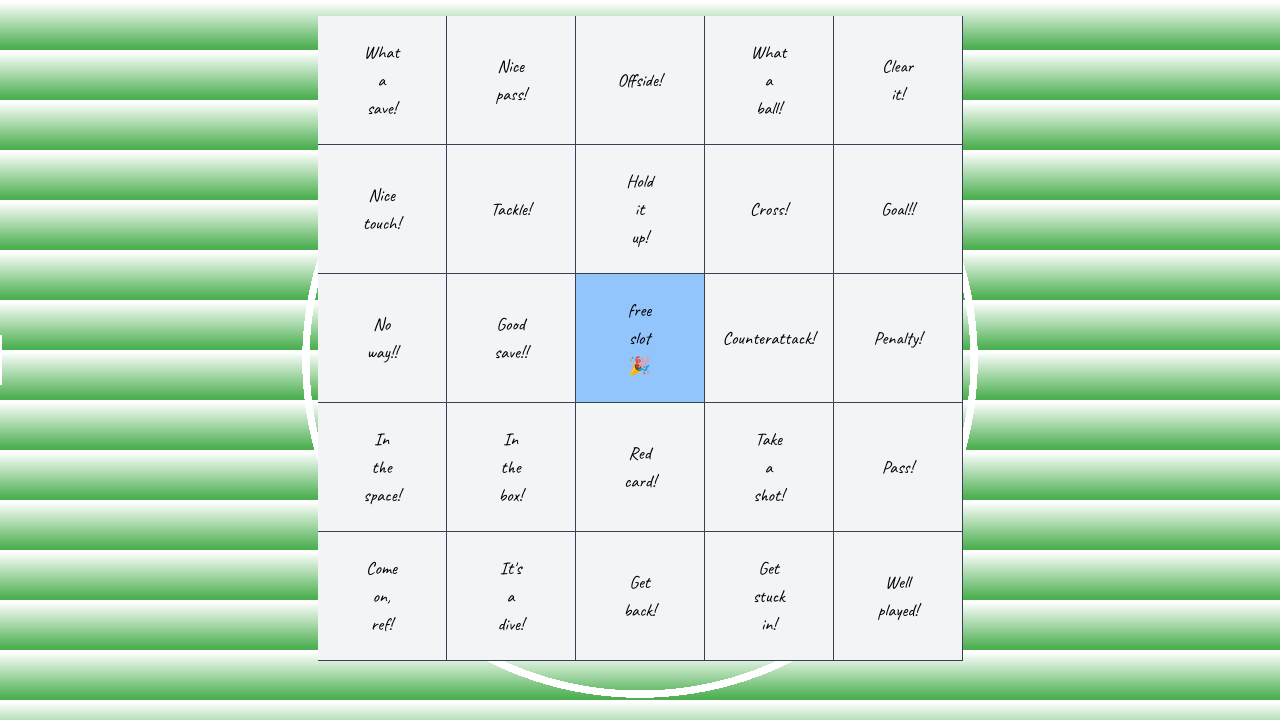
Repository: yassirbn/football-bingo
Page: /
An editor plug-in stored every save of this project. The page is shown before and after the next save, followed by the edit.
The browser window is 1280 px wide. The pictures show the whole page.
The project was rebuilt for these pictures with package versions that can differ from the ones it lists, and the page was loaded fresh each time.

Above is the page before, as saved 2024-11-27 13:17:19.

After the next save:
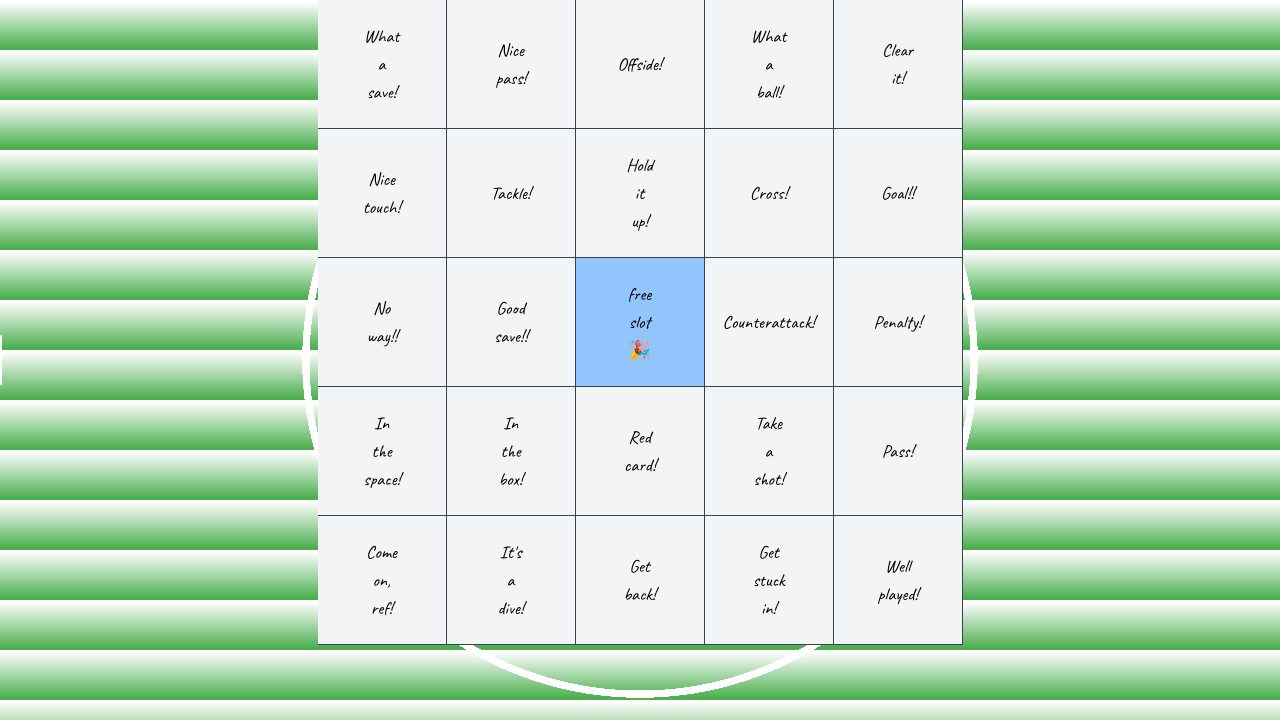
Saved 11 min 38 s later.
--- a/src/component/BingoGrid/BingoGrid.js
+++ b/src/component/BingoGrid/BingoGrid.js
@@ -60,7 +60,7 @@ const BingoGrid = ({ words }) => {
   };
 
   return (
-    <div className="p-4 relative h-screen overflow-hidden">
+    <div className="relative h-screen overflow-hidden">
       {/* Fireworks Animation */}
       {bingo && (
         <div className="absolute inset-0 z-20 flex justify-center items-center pointer-events-none">
